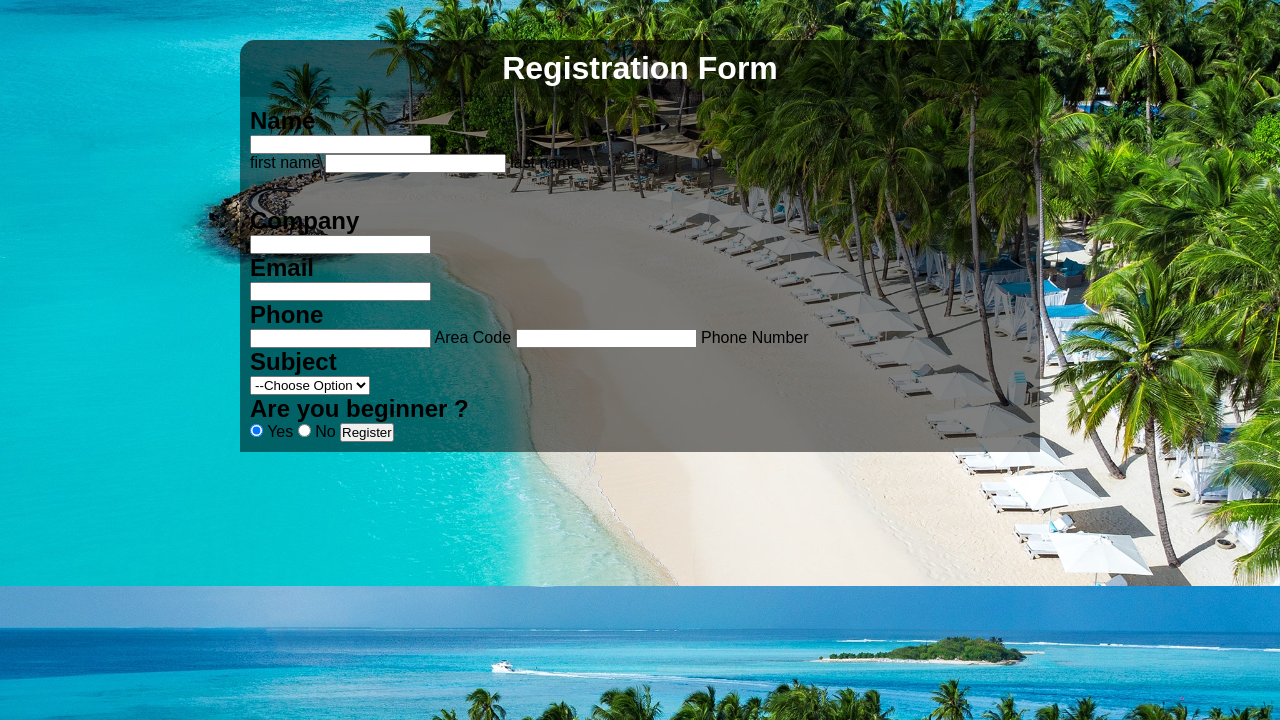
Repository: sudeepa88/Registration-Form
Page: registration.html
These files come from the project's save history. The page is drawn as it stood at one moment and after the next save; the edit follows.
The browser window is 1280 px wide. The pictures show the whole page.

Above is the page before, as saved 2022-01-11 22:58:16.

After the next save:
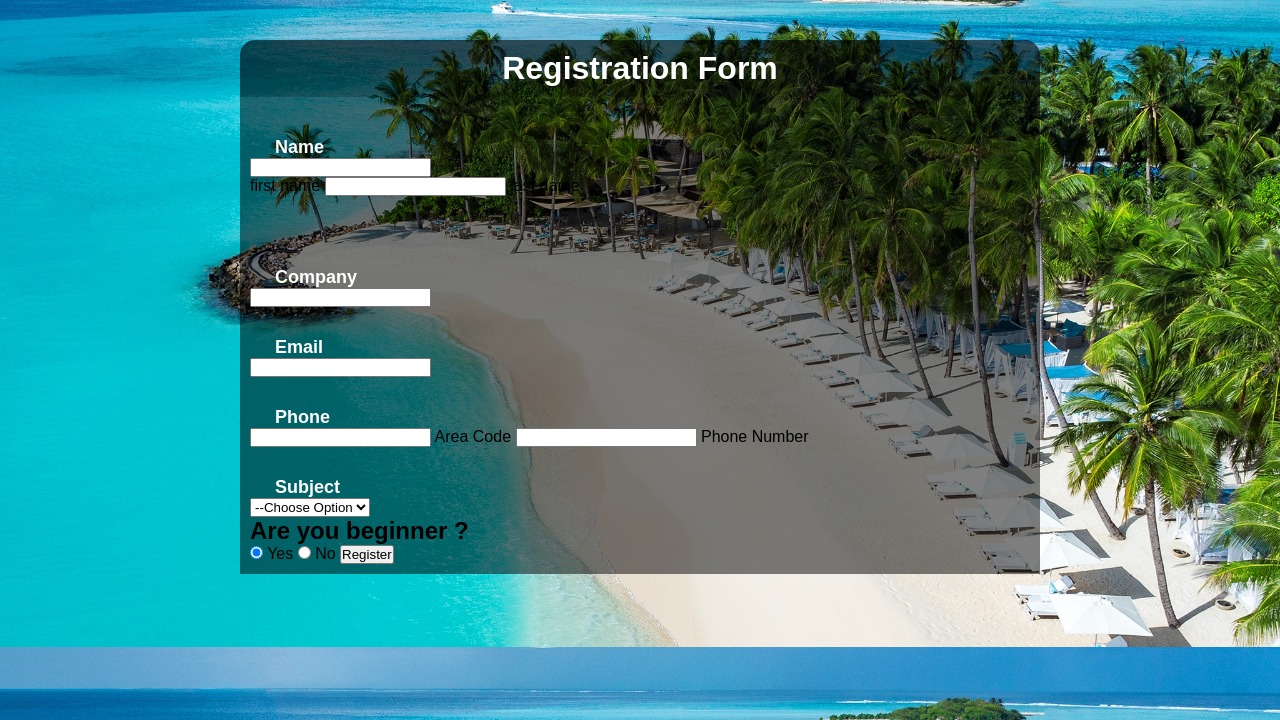
Saved 2 min 37 s later.
--- a/registration.html
+++ b/registration.html
@@ -40,6 +40,14 @@
    #name{
        width: 100%;
        height: 100px;
+   }
+   .name{
+       margin-left: 25px;
+       margin-top: 30px;
+       width: 125px;
+       color: #FFFFFF;
+       font-size: 18px;
+       font-weight: 700;
    }
     </style>
 </head>
